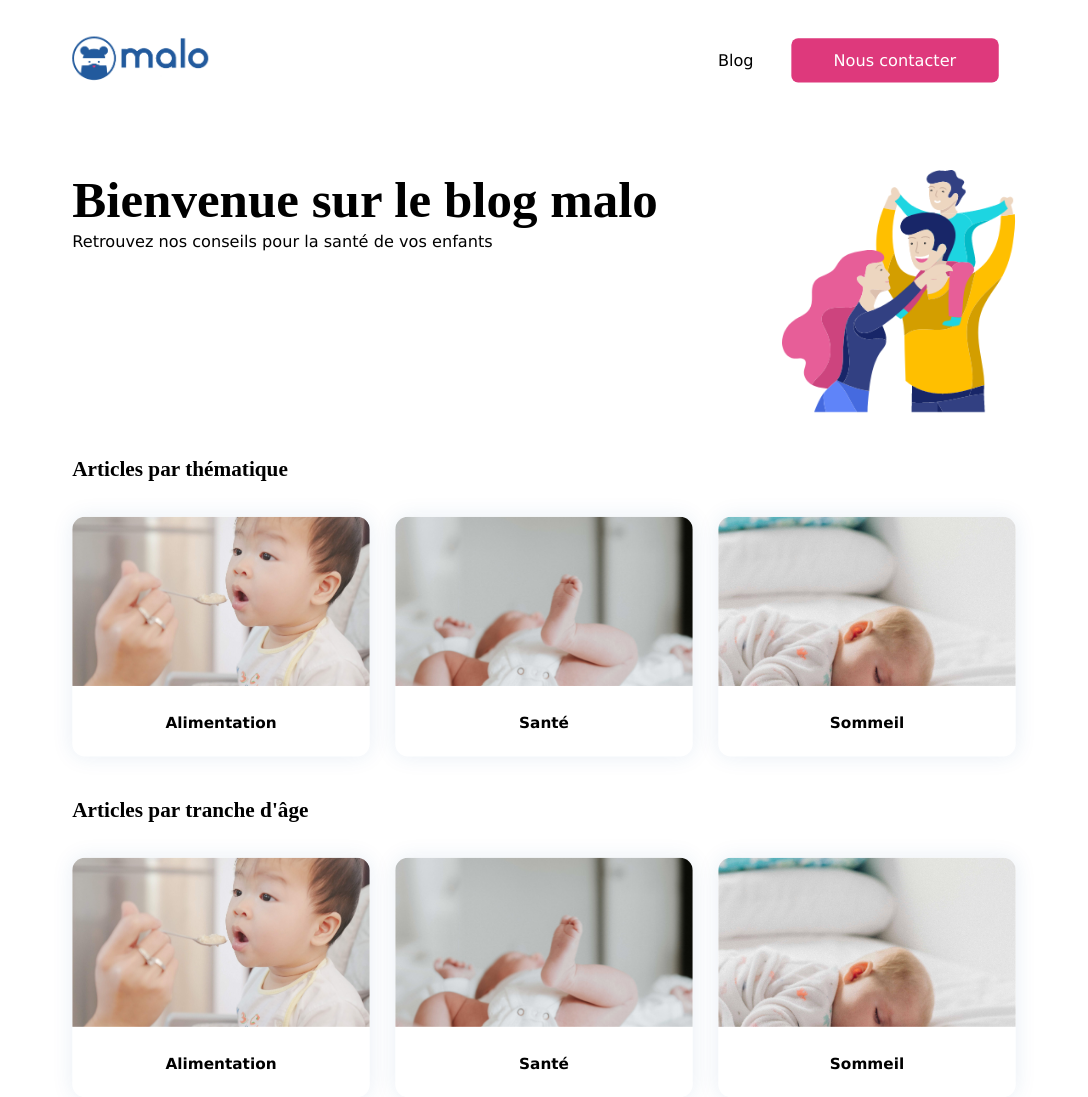
Repository: carbone-dev/keli-malo
Page: blog.html
An editor plug-in stored every save of this project. The page is shown before and after the next save, followed by the edit.
The browser window is 1280 px wide. The pictures show the whole page, at 85% of full size.

Above is the page before, as saved 2020-12-09 14:29:08.

### blog.html
<!DOCTYPE html>
<html lang="en">

<head>
    <meta charset="UTF-8">
    <meta name="viewport" content="width=device-width, initial-scale=1.0">
    <title>Document</title>
    <link rel="stylesheet" type="text/css" href="css/style.css">
    <link rel="stylesheet" type="text/css" href="css/header.css">
    <link rel="stylesheet" type="text/css" href="css/grid.css">
    <link rel="stylesheet" type="text/css" href="css/blog.css">
</head>

<body>
    <div class="container">

        <div class="header row align-items-center">
            <div class="col-6 col-md-2 ">
                <img class='img-full-width ' src="img/logo.png">
            </div>
            <div class="menu col-6 col-md-10 right d-none d-md-block ">
                <a href="#">Blog</a>
                <a href="#" class="boutton-1">Nous contacter</a>
            </div>
            <div class="menu col-6 col-md-10 right d-md-none d-sm-block">
                <a href="#nav-mobile">
                    <img src="img/burger.png" alt="">
                </a>
            </div>

            <div id="nav-mobile" class="modaloverlay">
                <div class="modal">
                    <div class="row">
                        <div class="col-6">
                            <img class='img-full-width ' src="img/logo.png">
                        </div>
                        <div class="menu col-6 right">
                            <a href="#close" class="close">
                                <img src="img/close.png" alt="">
                            </a>
                        </div>
                    </div>
                    <div class="row align-items-center center modal-content">
                        <div class="col-12">
                            <a href="#">Blog</a>
                        </div>
                        <div class="col-12">
                            <a href="#" class="boutton-1">Nous contacter</a>
                        </div>
                        <div class="col-12">
                            <a href="#"><img src="img/instagram.png"></a>
                            <a href="#"><img src="img/linkedin.png"></a>
                            <a href="#"><img src="img/facebook.png"></a>
                        </div>
                    </div>
                </div>
            </div>
        </div>

        <div class="top-section row">
            <div class="col-12 col-md-8 t-responsive">
                <h1>
                    Bienvenue sur le blog malo
                </h1>
                <p>Retrouvez nos conseils pour la santé de vos enfants</p>
            </div>
            <div class="col-12 col-md-4 right t-responsive">
                <img src="img/blog-header-image.png" alt="blog-header-image">
            </div>
        </div>

        <div class="section t-responsive">
            <h3>Articles par thématique</h3>
            <div class="row">
                <div class="col-sm-12 col-md-4">
                    <div class="card">
                        <img src="img/blog-theme-1.jpg" alt="Avatar" style="width:100%">
                        <div class="card-content row align-items-center">
                            <p class="card-title col-12">Alimentation</p>
                        </div>
                    </div>
                </div>
                <div class="col-sm-12 col-md-4">
                    <div class="card">
                        <img src="img/blog-theme-2.jpg" alt="Avatar" style="width:100%">
                        <div class="card-content row align-items-center">
                            <p class="card-title col-12">Santé</p>
                        </div>
                    </div>
                </div>
                <div class="col-sm-12 col-md-4">
                    <div class="card">
                        <img src="img/blog-theme-3.jpg" alt="Avatar" style="width:100%">
                        <div class="card-content row align-items-center">
                            <p class="card-title col-12">Sommeil</p>
                        </div>
                    </div>
                </div>
            </div>
        </div>

        <div class="section t-responsive">
            <h3>Articles par tranche d'âge</h3>
            <div class="row">
                <div class="col-sm-12 col-md-4">
                    <div class="card">
                        <img src="img/blog-theme-1.jpg" alt="Avatar" style="width:100%">
                        <div class="card-content row align-items-center">
                            <p class="card-title col-12">Alimentation</p>
                        </div>
                    </div>
                </div>
                <div class="col-sm-12 col-md-4">
                    <div class="card">
                        <img src="img/blog-theme-2.jpg" alt="Avatar" style="width:100%">
                        <div class="card-content row align-items-center">
                            <p class="card-title col-12">Santé</p>
                        </div>
                    </div>
                </div>
                <div class="col-sm-12 col-md-4">
                    <div class="card">
                        <img src="img/blog-theme-3.jpg" alt="Avatar" style="width:100%">
                        <div class="card-content row align-items-center">
                            <p class="card-title col-12">Sommeil</p>
                        </div>
                    </div>
                </div>
            </div>
        </div>



    </div>

</body>

</html>

### css/style.css
body {
  margin: 0;
}

.img-full-width {
  width: 100%;
}

.top-section{
  margin-top: 100px;
}

.section{
  margin-top: 45px;
}

.section h3{
  margin-bottom: 39px;
}

#container {
  margin: 2% 7%;
}

.t-responsive{
  text-align: left;
}

@media only screen and (min-width: 1367px) and (max-width: 1600px) {
  #container {
    margin: 2% 8%;
  }
}
@media only screen and (min-width: 1601px) and (max-width: 1920px) {
  #container {
    margin: 2% 20%;
  }
}
@media only screen and (min-width: 1921px) and (max-width: 9000px) {
  #container {
    margin: 2% 30%;
  }
}

/*-------UNI------*/

.box-shadow {
  padding: 20px 20px 15px 20px;
  background-color: white;
  box-shadow: 0px 0px 30px rgb(26, 90, 157, 0.1);
  margin: 20px 0;
  border-radius: 15px;
}
h1,
h2,
h3,
h5,
h6 {
  font-family: montserrat;
  font-weight: bold;
  margin: 0;
}
h1 {
  font-size: 60px;
  line-height: 70px;
}
h2 {
  font-size: 50px;
  line-height: 50px;
}
h3 {
  font-size: 25px;
  line-height: 35px;
  margin-bottom: 30px;
}
h5 {
  color: #1a5a9d;
  line-height: 20px;
  font-size: 20px;
}
h6 {
  line-height: 20px;
  font-size: 16px;
}

a,
p {
  margin: 0;
  text-decoration: none;
  font-family: verdana;
  font-size: 19px;
  color: black;
  font-weight: normal;
  line-height: 27px;
}
span {
  font-size: 13px;
}
li {
  font-family: verdana;
  font-size: 14px;
  color: black;
  line-height: 23px;
}
ul {
  padding-left: 15px;
}

.boutton-1 {
  color: white;
  background-color: #de397c;
  padding: 15px 50px;
  border-radius: 8px;
}
.boutton-contact {
  color: white;
  background-color: #de397c;
  padding: 15px 100px;
  border-color: #de397c;
  border-radius: 8px;
  outline: none;
  margin: 10px;
  font-size: 20px;
  border-style: none;
}

.img-boutton {
  margin-top: 5%;
}
.img-boutton a {
  margin-right: 20px;
}
.quote {
  width: 20px;
  height: 20px;
}
.formulaire {
  border: 2px solid;
  border-radius: 8px;
  outline: none;
  margin: 10px;
  font-size: 20px;
  padding: 15px;
}

/*-------header------*/
.menu a {
  margin: 0 20px;
}
/*-------le heros------*/
.le-heros {
  margin-top: 5%;
  background-image: url(../img/bg-le-heros.png);
  background-size: 100%;
  background-repeat: no-repeat;
  padding-bottom: 7%;
}
.img-le-heros {
  display: none;
}

/*-------malo-c-est-quoi------*/

.malo-c-est-quoi {
  margin-top: 10%;
}
.contenu-malo-c-est-quoi {
  margin: 10% 3%;
}
/*-------malo-VIDEO------*/

.expert
{
	margin-top: 15%;
}
.expert h1
{
	margin-bottom: 5%
}
#play-vid-2
	{
		position: absolute;
		right:70%;
		z-index: 0;
	}
.expert-video
{
	background-image: url(../img/bg-video-2.png);
	background-size: contain;
	background-repeat: no-repeat;
	text-align: left;
	padding: 20px 0;
}
.expert-video video
{
	width: 530px;
    border-radius:20px;
    outline-style: none;
    margin-left: 30px;
}



/*------CAROUSEL------*/
.les-parents
{
	margin-top: 10%;
}
.carousel
{
	background-image: url(../img/bg-carousel.png);
	background-size:100% 100%;
	background-repeat: no-repeat;
	padding:10px;
}
.slide
{
	padding-bottom: 50px;
	margin:2%;

}
.img-profil
{
	margin-right: 20px;
	margin-bottom: 30px;

}
.fade {
  -webkit-animation-name: fade;
  -webkit-animation-duration: 1.5s;
  animation-name: fade;
  animation-duration: 1.5s;
}

@-webkit-keyframes fade {
  from {
    opacity: 0.4;
  }
  to {
    opacity: 1;
  }
}

@keyframes fade {
  from {
    opacity: 0.4;
  }
  to {
    opacity: 1;
  }
}
/* Next & previous buttons */

.fleche
{
	text-align: right;
	position: relative;
	top: -50px;
}
.prev {
  color: gray;
}
.prev,
.next {
  cursor: pointer;
  width: auto;
  padding: 20px;
  font-weight: bold;
  font-size: 40px;
  transition: 0.6s ease;
  border-radius: 0 3px 3px 0;
  user-select: none;
}

/*-------BLOG-MALO------*/
.decouvrir-le-blog {
  justify-content: center;
  margin-top: 10%;
}
.bg-decouvrir {
  background-image: url(../img/bg-decouvrir.png);
  background-size: 100%;
  background-repeat: no-repeat;
  padding-bottom: 5%;
}

.decouvrir-left {
  width: 70%;
}
.decouvrir-left-1 {
  width: 50%;
  margin: 10px;
}
.decouvrir-left-2 {
  width: 50%;
  margin: 10px;
}
.decouvrir-right {
  width: 30%;
  text-align: right;
  margin-top: 50px;
}
.sommeil {
  width: 30%;
}
.alimentation {
  width: 60%;
}

/*-------POPUP------*/
.popup {
  margin-top: 10%;
}
.popup img {
}
.contenu-popup {
  background-color: #1a5a9d;
  border-radius: 20px;
  align-items: center;
  padding: 60px;
}
.titre-popup {
  width: 50%;
  color: white;
  margin: 0;
}

.formulaire-popup {
  width: 50%;
  color: white;
}
.mail-popup {
  border-color: white;
  background-color: rgb(0, 0, 0, 0);
  color: white;
  font-family: montserrat;
  font-weight: bold;
}
.mail-popup::placeholder {
  color: white;
}
.boutton-popup {
  border-color: white;
  background-color: white;
  padding: 15px 30px;
  font-family: montserrat;
  font-weight: bold;
  color: #de397c;
  cursor: pointer;
}

/*-------CONTACT------*/
.contactez-nous {
  margin-top: 10%;
}
.contenu-contact {
  width: 50%;
}
.contenu-contact p {
  line-height: 50px;
  margin: 20px;
}
.contenu-contact h3 {
  margin-bottom: 10px;
}
.contenu-contact a {
  margin-right: 20px;
}
.formulaire-contact {
  width: 50%;
  background-image: url(../img/bg-formulaire-contact.png);
  background-repeat: no-repeat;
  background-size: 100%;
}
.bg-contact {
  padding: 10px;
  background-color: white;
  margin: 30px;

  box-shadow: 0px 0px 30px rgb(26, 90, 157, 0.1);
  border-radius: 15px;
}
.form-2 {
  width: 200px;
  border-color: #d8d8d8;
  color: black;
}
.form-1 {
  width: 460px;
}
.contact-text {
  border-color: #d8d8d8;
  font-family: montserrat;
}
.contact-text::placeholder {
  color: black;
  border-color: #d8d8d8;
  font-family: arial;
}

/*-------il nous soutien------*/

.il-nous-soutiennent {
  margin-top: 10%;
}

.il-nous-soutiennent h1 {
  margin-left: 20%;
}

/*-------footer------*/
.footer {
  margin-top: 10%;
  background-color: #1a5a9d;
}
.logo-popup {
  padding: 40px;
  margin: 0;
}
.logo-boutton {
  width: 50%;
}
.popup-icon {
  width: 45%;
}
.news-letter h3 {
  margin-bottom: 0;
  font-weight: normal;
  color: black;
}
.suivez-footer h3 {
  margin-bottom: 10px;
  font-weight: normal;
  color: white;
}
.suivez-footer a {
  margin-right: 20px;
}
.mail-footer {
  color: #d8d8d8;
  border-color: #d8d8d8;
}
.mail-footer::placeholder {
  color: #d8d8d8;
  border-color: #d8d8d8;
}
.boutton-footer {
  color: white;
  background-color: #de397c;
  border-color: #de397c;
  padding: 15px 40px;
  cursor: pointer;
}

.menu-footer {
  background-color: #0f3c6b;
  margin: 0;
  padding: 20px;
}
.menu-footer li {
  list-style: none;
}
.menu-footer a,
.menu-footer span {
  color: white;
  margin: 30px;
}

/*-------G R I D------*/

/* .row {
  display: flex;
  align-items: center;
  flex-wrap: wrap;
}

.col-sm-10 {
  width: 100%;
}
.col-sm-9 {
  width: 90%;
}
.col-sm-8 {
  width: 80%;
}
.col-sm-7 {
  width: 70%;
}
.col-sm-65 {
  width: 65%;
}
.col-sm-6 {
  width: 60%;
}
.col-sm-55 {
  width: 55%;
}
.col-sm-5 {
  width: 50%;
}
.col-sm-45 {
  width: 45%;
}
.col-sm-4 {
  width: 40%;
}
.col-sm-35 {
  width: 35%;
}
.col-sm-3 {
  width: 30%;
}
.col-sm-2 {
  width: 20%;
}
.col-sm-1 {
  width: 10%;
}

.col-10 {
  width: 100%;
}
.col-9 {
  width: 90%;
}
.col-8 {
  width: 80%;
}
.col-7 {
  width: 70%;
}
.col-65 {
  width: 65%;
}
.col-6 {
  width: 60%;
}
.col-55 {
  width: 55%;
}
.col-5 {
  width: 50%;
}
.col-45 {
  width: 45%;
}
.col-4 {
  width: 40%;
}
.col-35 {
  width: 35%;
}
.col-3 {
  width: 30%;
}
.col-2 {
  width: 20%;
}
.col-1 {
  width: 10%;
} */

.center {
  justify-content: center;
  text-align: center;
  align-items: center;
}
.left {
  text-align: left;
  justify-content: center;
  align-items: center;
}
.right {
  text-align: right;
  justify-content: center;
  align-items: center;
}

/*-------MEDIA ------*/





	@media only screen and (min-width: 107px) and (max-width: 480px)
{
  .top-section{
    margin-top: 35px;
  }

  .t-responsive{
    text-align: center;
  }

	.col-reverse
	{
		display: flex;
		flex-wrap: wrap;
		flex-direction: column-reverse;
		align-items: center;
	}
	.box-shadow
	{
		padding:5px;
		box-shadow: 0px 0px 20px rgb(26, 90, 157,0.1);
		margin: 20px 0;
		border-radius: 5px;

	}
	#container
	{
		margin: 2% 10%;
		text-align: center;
	}
	.img-boutton img
	{
		width: 40% !important;
	}

	h1, h2, h3
	{
		font-size: 28px !important;
		line-height: 35px !important;
		margin-bottom: 1%;
	}
	h5
	{
		line-height: 19px;
		font-size: 16px;
	}
	h6
	{
		line-height: 20px;
		font-size: 16px;
	}
	a, p, span
	{
		font-size:15px !important;
		line-height: 23px !important;
		margin-bottom: 1%;
	}

	li
	{
		font-family: verdana;
		font-size:14px;
		color:black;
		line-height: 23px;
	}
	ul
	{
		padding-left:15px;
	}

/*-------LE HEROS------*/


	.le-heros-right
	{
		display: none;
	}
	.img-le-heros
	{
		display:initial !important;
	}
	.le-heros
	{
		background-image: inherit;
	}
	.le-heros img
	{
		width: 60%;
		margin-top: 5%;
	}

	/*-------malo-VIDEO------*/

	.malo-video
	{
		background-image:none;
		padding: 0;
	}
	.titre-video-1
	{
		background-image: url(../img/bg-malo-phone.png);
		background-size:100%;
		background-repeat: no-repeat;
		padding-bottom: 15%;
	}
	.titre-video-1 h3
	{
		text-align: left;
	}
	#play-vid
	{
		position: relative;
		right:-150px;
		top:-140px;
		z-index: 0;
	}
	.video-1
	{
		background-image: url(../img/bg-video-1.png);
		background-size:contain, cover;
		background-repeat: no-repeat;
		padding: 20px 0;
		text-align: center;
		margin: 0;
	}

	.video-1 video
	{
		width: 300px;
		border-radius: 10px;
	}


	/*-------malo-VIDEO------*/


#play-vid-2
	{
		position: relative;
		margin:0;
		right:-150px;
		top: -140px;
		z-index: 0;
	}
	.expert-video
	{
		background-image: url(../img/bg-video-2.png);
		text-align: center;
		padding: 10px 0;
	}
	.expert-video video
	{
		width: 300px;
	    border-radius:20px;
	    outline-style: none;
	    margin:0;
	}

			/*-------carousel------*/
	.carousel
	{
		background-image: url(../img/bg-carousel.png);
	}

	.fleche
	{
		text-align: right;
		position: relative;
		top: -50px;
	}

}

### css/header.css
.header{
    margin-top: 43px;
}

/* MODAL MOBILE */

.modaloverlay {
    background: rgba(0, 0, 0, 0.8);
    bottom: 0;
    left: 0;
    opacity: 0;
    pointer-events: none;
    position: fixed;
    right: 0;
    top: 0;
    -webkit-transition: opacity 400ms ease-in;
    -moz-transition: opacity 400ms ease-in;
    transition: opacity 400ms ease-in;
    z-index: -1;
    display: none;
  }
  .modaloverlay:target {
    display: block;
    opacity: 1;
    pointer-events: auto;
    z-index: 99999;
  }
  .modaloverlay .modal {
    background-color: white;
    height: 100%;
    position: relative;
    margin: 0 auto;
    padding-top: 43px;
    padding-left: 15px;
    overflow-y: scroll;
    -webkit-overflow-scrolling: touch;
  }
  @media (min-width: 60em) {
    .modaloverlay .modal {
      height: 75%;
      margin: 5% auto;
      max-height: 57em;
      max-width: 66em;
      width: 85%;
    }
  }
  .modaloverlay .modal > iframe,
  .modaloverlay .modal > div {
    border: none;
    width: 100%;
    /* height: 100%; */
  }
  .modaloverlay .close {
    position: relative;
    top: 10px;
  }

  .modal-content{
    height: 60%;
    padding-top: 160px;
  }

### css/blog.css
.card {
  transition: 0.3s;
  width: 100%;
  border-radius: 15px;
  box-shadow: 0 0 25px 0 rgba(34, 90, 157, 0.1);
  overflow: hidden;
}

.card img{
    width: 100%;
    height: 199px;
    object-fit: cover;
}

.card:hover {
  box-shadow: 0 8px 16px 0 rgba(0, 0, 0, 0.2);
}

.card-content {
  padding: 2px 16px;
  height: 79px;
}

.card-title {
  font-family: verdana;
  font-size: 18px;
  font-weight: 900;
  text-align: center;
}

Loaded but not shown: css/grid.css (1420 lines, source omitted)

After the next save:
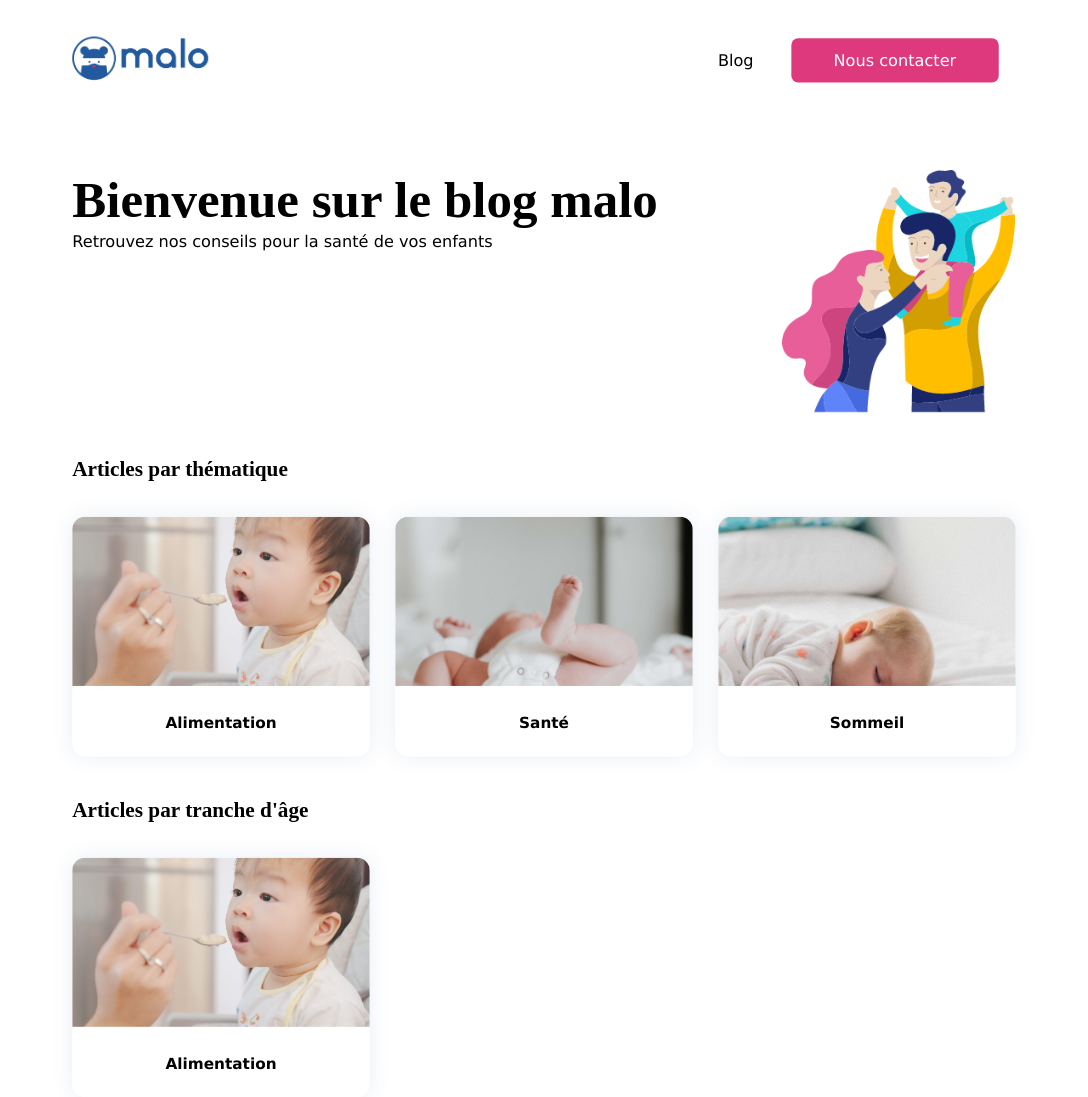
Saved 5 s later.
--- a/blog.html
+++ b/blog.html
@@ -110,22 +110,7 @@
                         </div>
                     </div>
                 </div>
-                <div class="col-sm-12 col-md-4">
-                    <div class="card">
-                        <img src="img/blog-theme-2.jpg" alt="Avatar" style="width:100%">
-                        <div class="card-content row align-items-center">
-                            <p class="card-title col-12">Santé</p>
-                        </div>
-                    </div>
-                </div>
-                <div class="col-sm-12 col-md-4">
-                    <div class="card">
-                        <img src="img/blog-theme-3.jpg" alt="Avatar" style="width:100%">
-                        <div class="card-content row align-items-center">
-                            <p class="card-title col-12">Sommeil</p>
-                        </div>
-                    </div>
-                </div>
+
             </div>
         </div>
 
